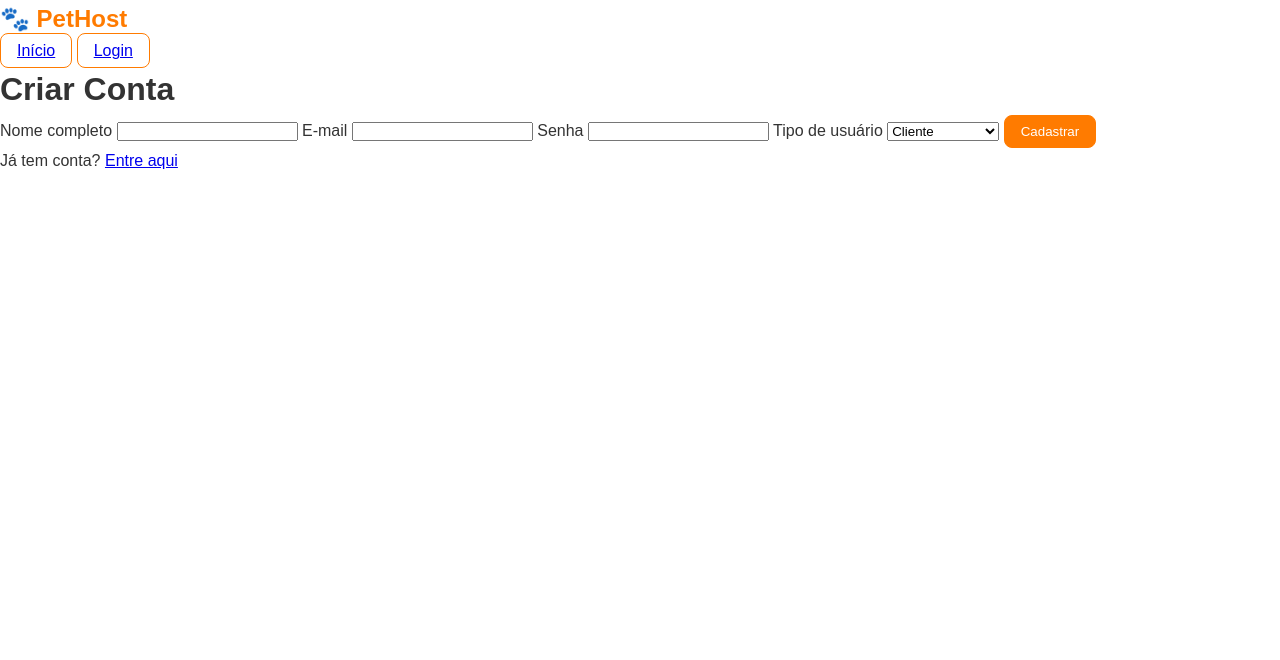
Repository: Vinicius9922/PetHost
Page: cadastro.html
An editor plug-in stored every save of this project. The page is shown before and after a run of saves, followed by the edit.
The browser window is 1280 px wide. The pictures show the whole page.

Above is the page before, as saved 2025-09-01 12:57:13.

After the next 2 saves:
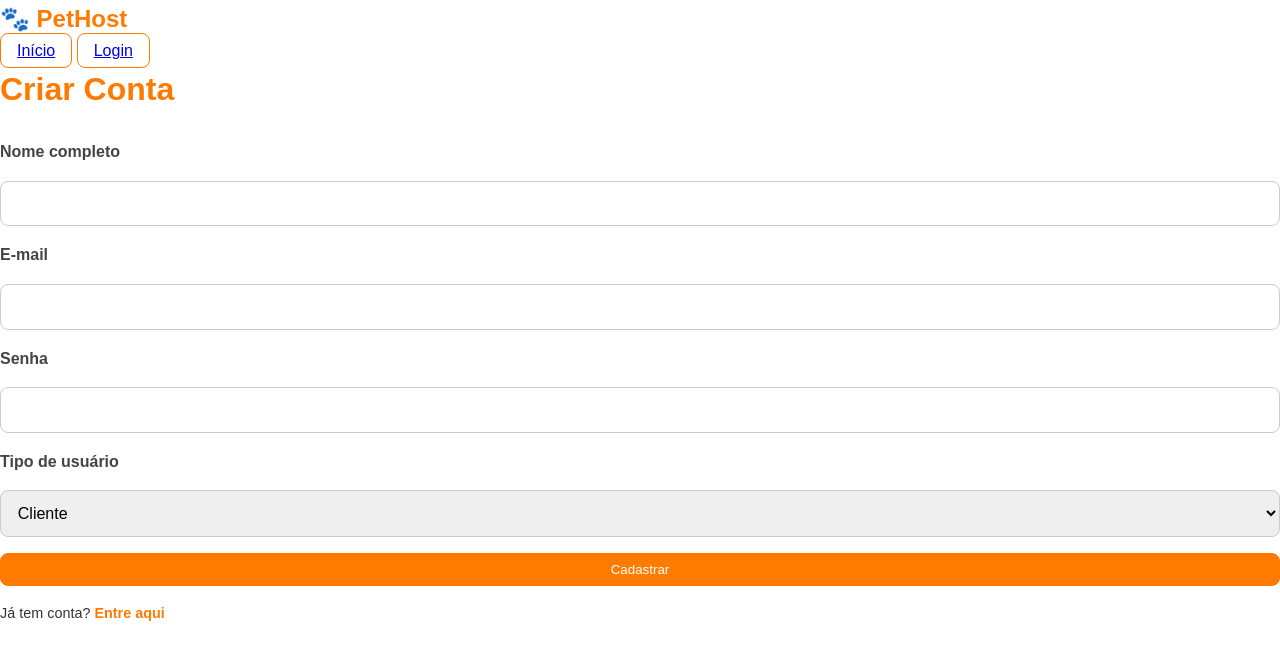
The 2 saves are shown as one change because they came seconds apart.
The last was saved 5 s later.
--- a/css/style.css
+++ b/css/style.css
@@ -162,3 +162,57 @@ body {
   color: #ff7b00;
   text-decoration: none;
 }
+
+=====================================================================
+/* Containers dos formulários */
+.form-container {
+  max-width: 400px;
+  margin: 80px auto;
+  padding: 2rem;
+  background: #fff;
+  border-radius: 16px;
+  box-shadow: 0 4px 12px rgba(0,0,0,0.1);
+  text-align: center;
+}
+
+.form-container h1 {
+  margin-bottom: 1.5rem;
+  color: #ff7a00; /* cor alaranjada padrão */
+}
+
+form {
+  display: flex;
+  flex-direction: column;
+  gap: 1rem;
+}
+
+form label {
+  text-align: left;
+  font-weight: 600;
+  color: #444;
+}
+
+form input, form select {
+  padding: 0.8rem;
+  border: 1px solid #ccc;
+  border-radius: 8px;
+  font-size: 1rem;
+}
+
+form input:focus, form select:focus {
+  border-color: #ff7a00;
+  outline: none;
+}
+
+.extra-link {
+  margin-top: 1rem;
+  font-size: 0.9rem;
+}
+.extra-link a {
+  color: #ff7a00;
+  text-decoration: none;
+  font-weight: 600;
+}
+.extra-link a:hover {
+  text-decoration: underline;
+}
